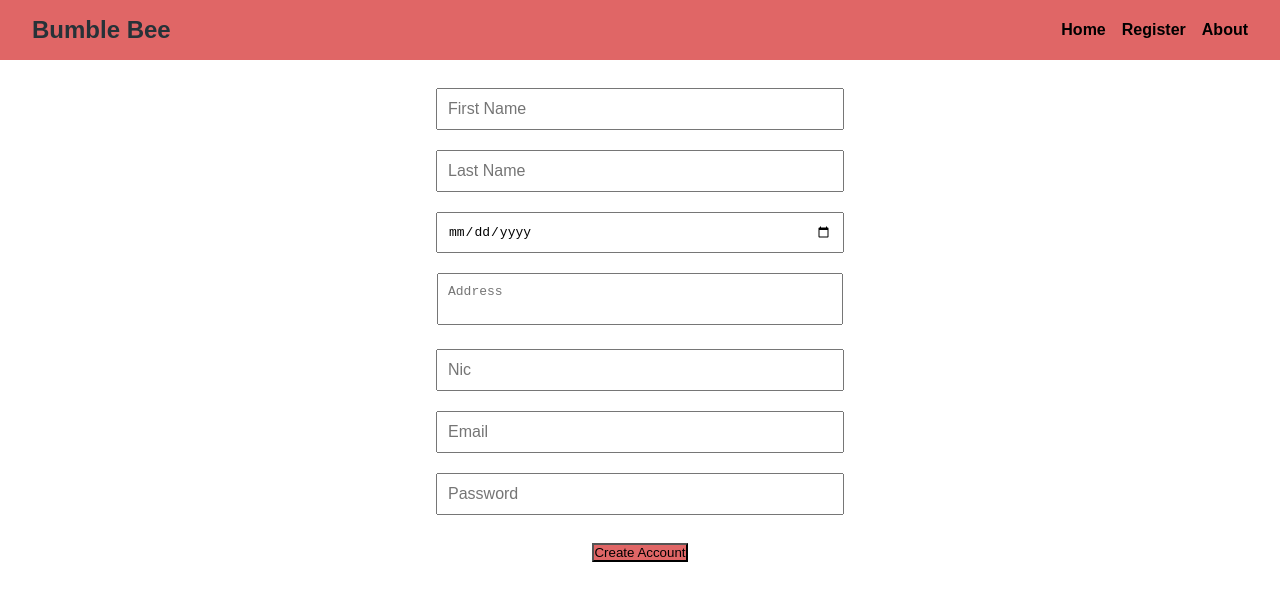
Repository: developerks611/Bumble-bee
Page: http://localhost/Bumble/add-customer.jsp
The author's editor kept a copy of each file at every save. The page is drawn from the files as they stood at one save, then again after the next save.
The browser window is 1280 px wide. The pictures show the whole page.
The page is served by Tomcat 9.

Above is the page before, as saved 2023-02-28 03:52:17.

After the next save:
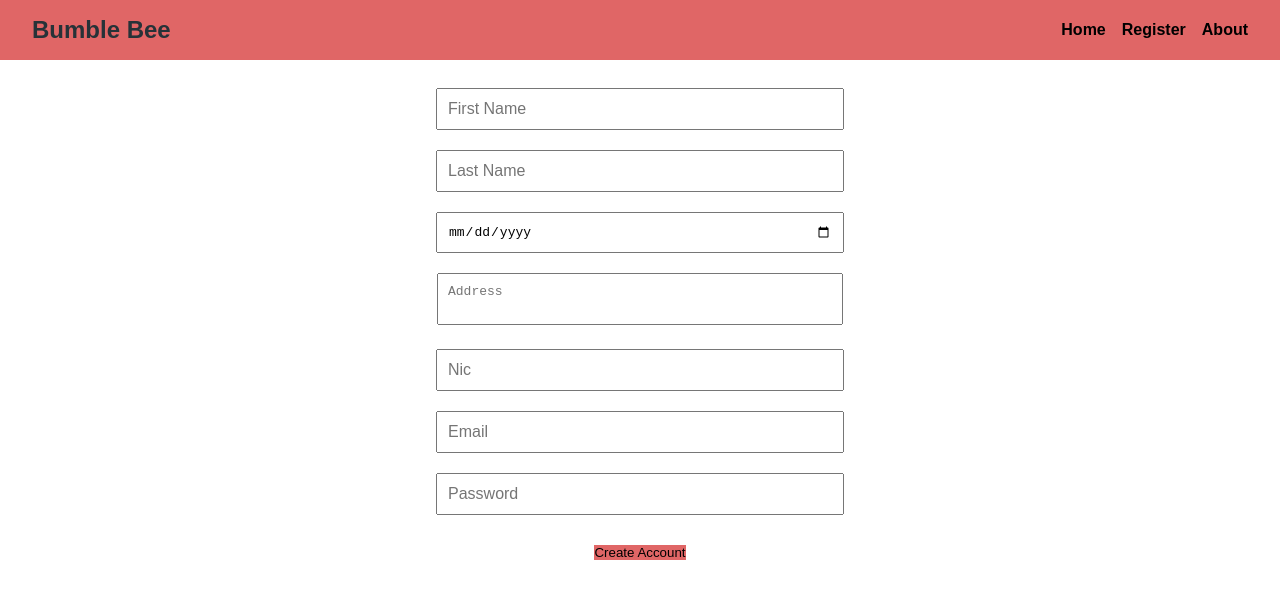
Saved 9 s later.
--- a/Bumble/src/main/webapp/add-customer.jsp
+++ b/Bumble/src/main/webapp/add-customer.jsp
@@ -62,7 +62,7 @@ nav a {
 
 	background-color:#e06666;
 	outline: none;
-  `border: none;
+    border: none;
 }
 
 
